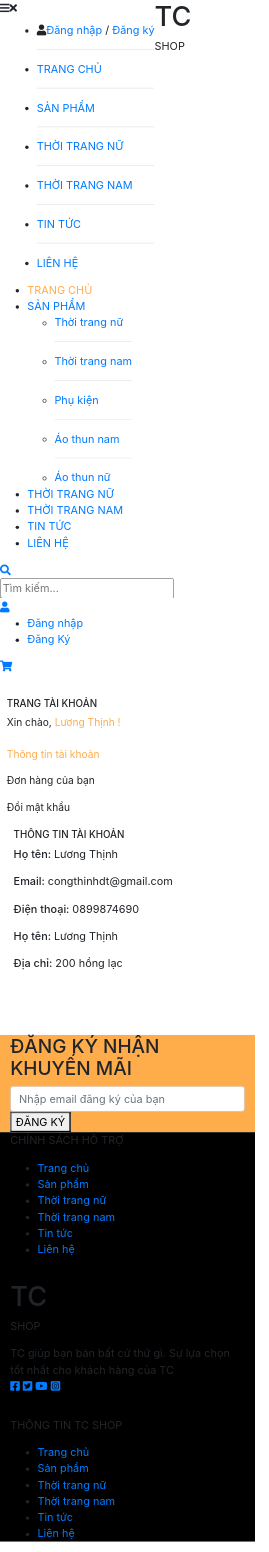
Repository: congthinh1701/TCshop
Page: ThongTinTaiKhoan.html
These files come from the project's save history. The page is drawn as it stood at one moment and after the next save; the edit follows.
The browser window is 375 px wide. The page is 395 px wide, then 385 px, so the pictures cover 395 px, including what lies to the right of the window. The pictures show the whole page, at 68% of full size.
The style sheet was rebuilt from its Sass, Less or Tailwind sources for each picture, by a compiler version that may differ from the author's.

Above is the page before, as saved 2021-09-08 17:37:28.

After the next save:
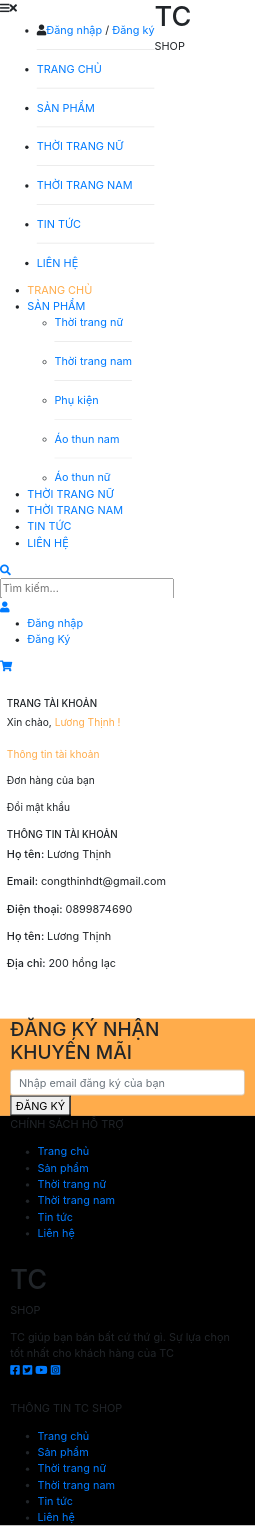
Saved 12 s later.
--- a/sass/style.scss
+++ b/sass/style.scss
@@ -33,7 +33,7 @@ $fontWeight:500;
         }
         .thong-tin-tai-khoan{
             width: calc(100% / var(--columns));
-            margin: 20px;
+            margin:20px 0 -20px 10px;
             h5{
                 font-size: 90%;
             }
